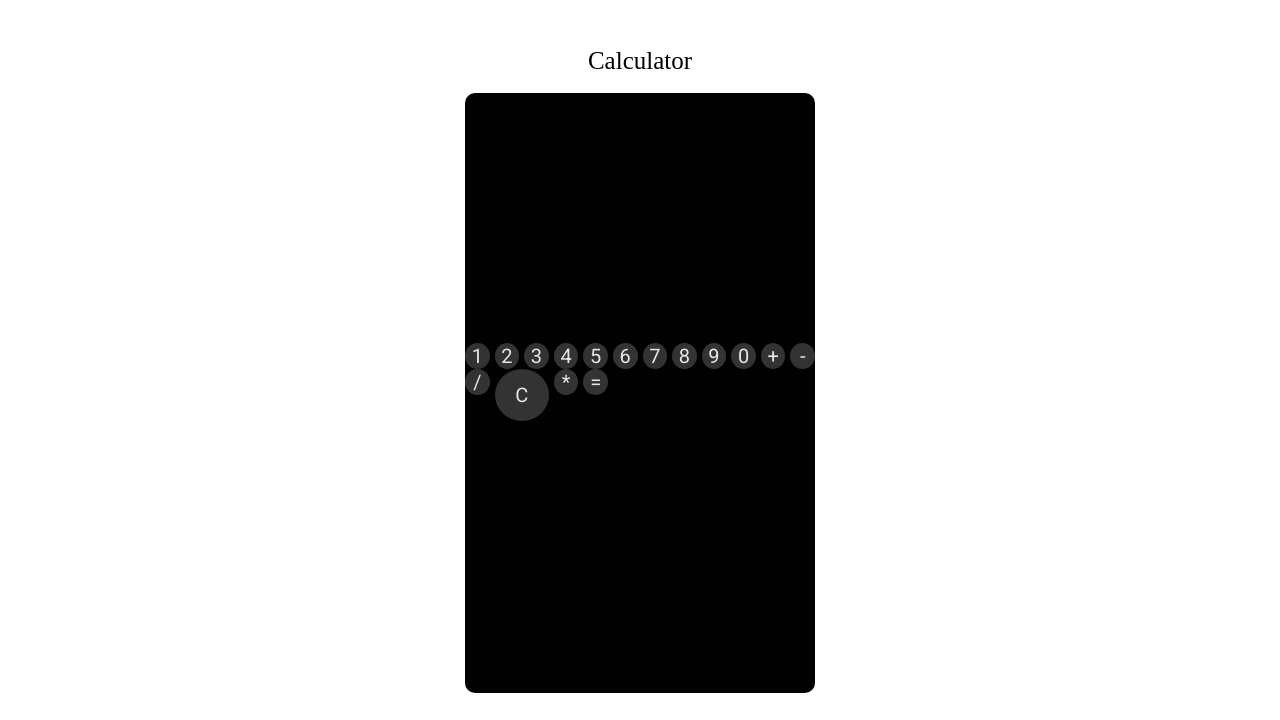
Repository: Gibon9/SimpleCalc
Page: index.html
The author's editor kept a copy of each file at every save. The page is drawn from the files as they stood at one save, then again after the next save.
The browser window is 1280 px wide. The pictures show the whole page.
Some web fonts or font styles are not loaded; a fallback is used.

Above is the page before, as saved 2020-11-27 18:57:25.

After the next save:
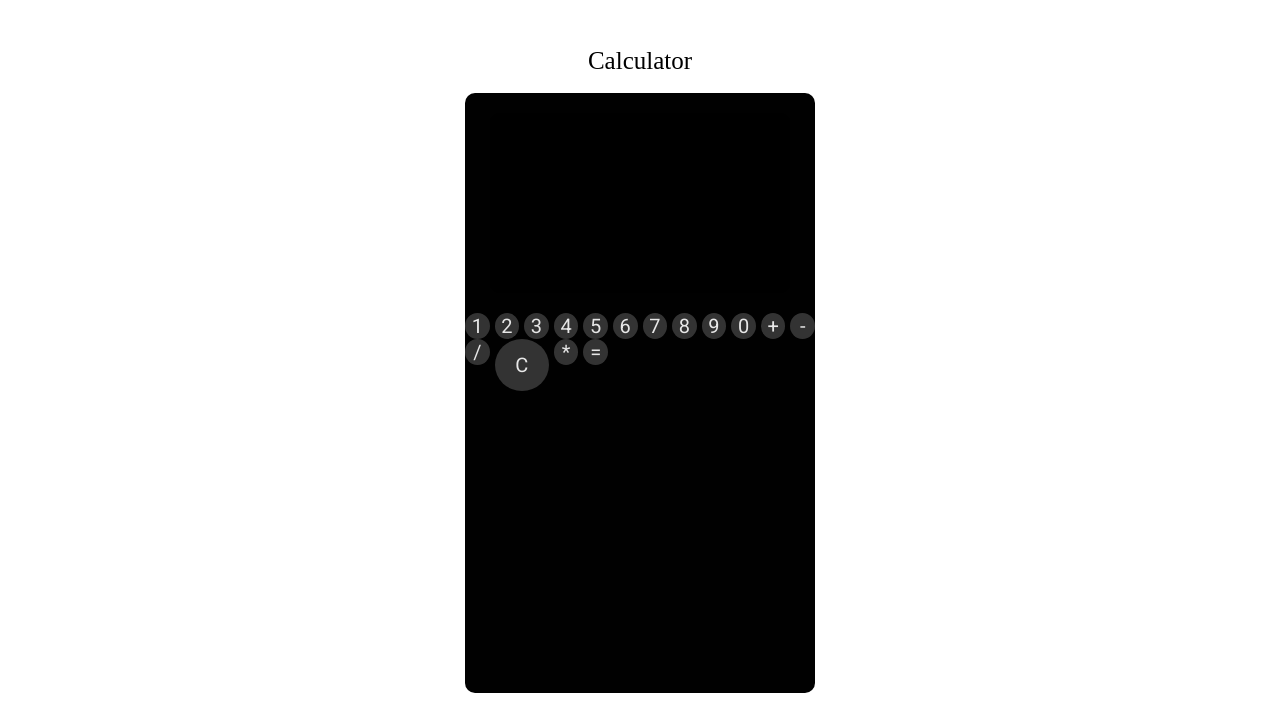
Saved 4 s later.
--- a/style/style.css
+++ b/style/style.css
@@ -42,7 +42,7 @@
 .calc-display {
   margin: 20px auto;
   width: 300px;
-  height: 35%;
+  height: 30%;
   background-color: var(--display-color);
   color: var(--primary-color);
   border-radius: 10px;
